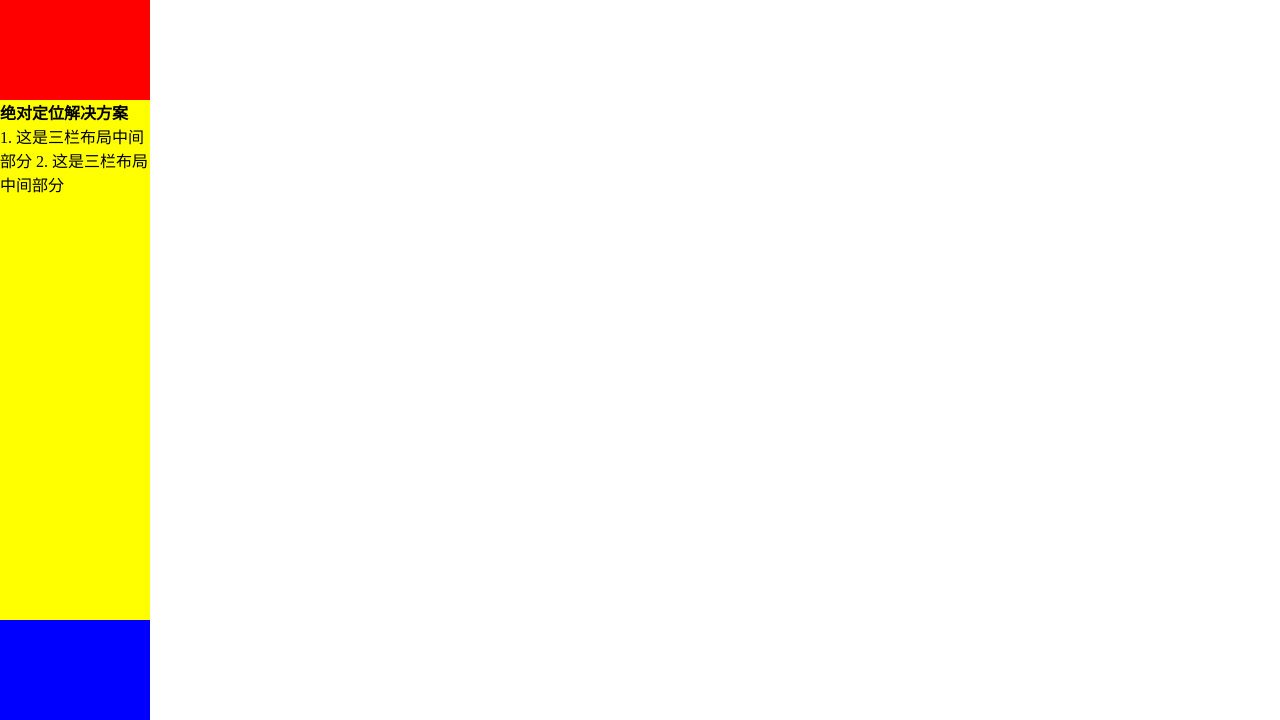
Repository: Qianfane/Blog
Page: 面试相关/测试/1-2、三栏布局-上中下.html
The author's editor kept a copy of each file at every save. The page is drawn from the files as they stood at one save, then again after a run of saves.
The browser window is 1280 px wide. The pictures show the whole page.

Above is the page before, as saved 2022-01-02 17:44:31.

### 面试相关/测试/1-2、三栏布局-上中下.html
<!DOCTYPE html>
<html lang="en">
<head>
    <meta charset="UTF-8">
    <meta http-equiv="X-UA-Compatible" content="IE=edge">
    <meta name="viewport" content="width=device-width, initial-scale=1.0">
    <title>1-2、三栏布局-上中下</title>
    <style>
        html * {
            padding: 0;
            margin: 0;
        }
        .layout {
            margin-right: 20px;
        }
        .layout article div {
            width: 150px;
        }
    </style>
</head>
<body>
    <section>
        <!-- 绝对定位解决方案 -->
        <section class="layout absolute">
            <style>
                .layout.absolute .top {
                    position: absolute;
                    top: 0;
                    height: 100px;
                    background: red;

                }
                .layout.absolute .center {
                    position: absolute;
                    top: 100px;
                    bottom: 100px;
                    background: yellow;
                }
                .layout.absolute .bottom {
                    position: absolute;
                    bottom: 0;
                    height: 100px;
                    background: blue;
                }
            </style>
            <article class="top-center-bottom">
                <div class="top"></div>
                <div class="center">
                    <h1>绝对定位解决方案</h1>
                    1. 这是三栏布局中间部分
                    2. 这是三栏布局中间部分
                </div>
                <div class="bottom"></div>
            </article>
        </section>

        <!-- flexbox解决方案 -->
        <section class="layout flexbox">
            <style>
                .layout.flexbox .top-center-bottom {
                    display: flex;
                    flex-direction: column;
                }
                .layout.flexbox .top {
                    height: 100px;
                    background: red;
                }
                .layout.flexbox .center {
                    background: yellow;
                }
                .layout.flexbox .bottom {
                    height: 100px;
                    background: blue;
                }
            </style>
            <article class="top-center-bottom">
                <div class="top"></div>
                <div class="center">
                    <h1>flexbox解决方案</h1>
                    1. 这是三栏布局中间部分
                    2. 这是三栏布局中间部分
                </div>
                <div class="bottom"></div>
            </article>
        </section>
    </section>
</body>
</html>

After the next 5 saves:
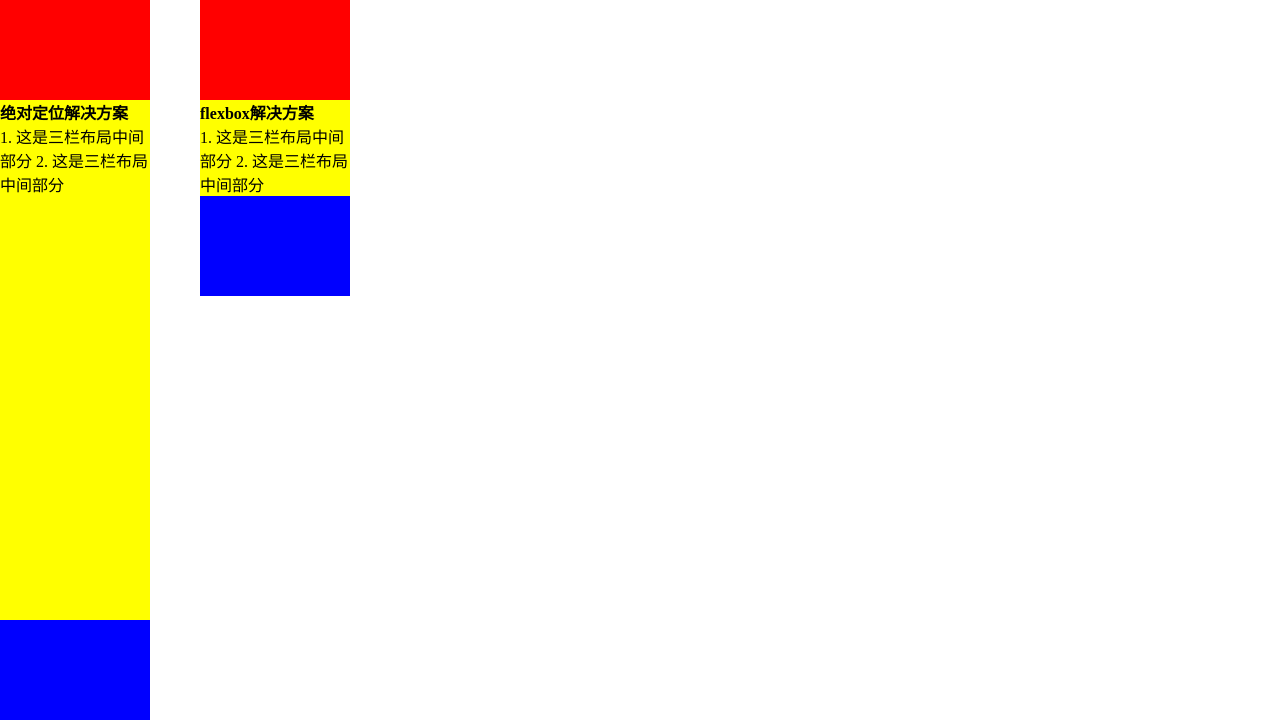
The 5 saves are shown as one change because they came seconds apart.
The last was saved 29 s later.
--- a/面试相关/测试/1-2、三栏布局-上中下.html
+++ b/面试相关/测试/1-2、三栏布局-上中下.html
@@ -60,6 +60,7 @@
                 .layout.flexbox .top-center-bottom {
                     display: flex;
                     flex-direction: column;
+                    margin-left: 200px;
                 }
                 .layout.flexbox .top {
                     height: 100px;
